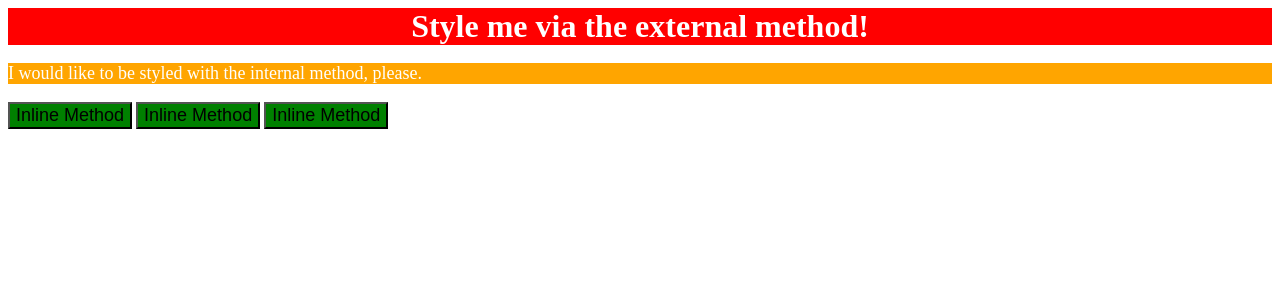
Repository: Spencertainty/practice-time
Page: css-exercises/foundations/01-css-methods/solution/solution.html
These files come from the project's save history. The page is drawn as it stood at one moment and after the next save; the edit follows.
The browser window is 1280 px wide. The pictures show the whole page.

Above is the page before, as saved 2023-12-01 22:26:12.

After the next save:
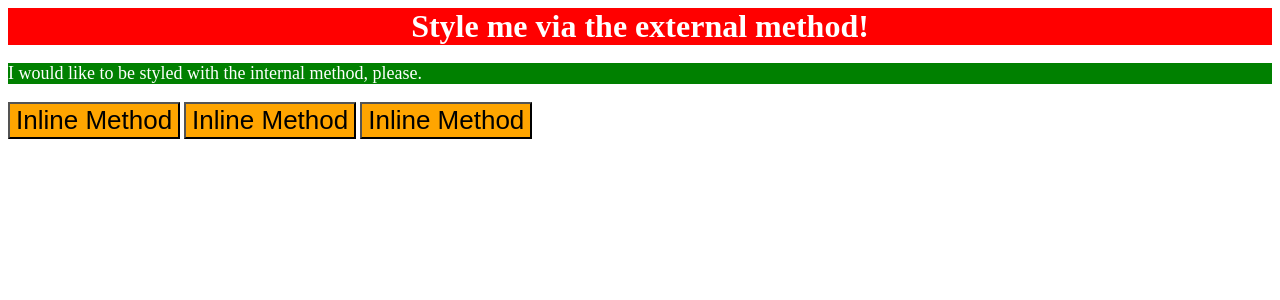
Saved 24 s later.
--- a/css-exercises/foundations/01-css-methods/solution/solution.html
+++ b/css-exercises/foundations/01-css-methods/solution/solution.html
@@ -9,12 +9,12 @@
 
     <style>
       p {
-        background-color: orange;
+        background-color: green;
         color: white;
         font-size: 18px;
       }
       button {
-        background-color: green; font-size: 18px;
+        background-color: orange; font-size: 26px;
       }
     </style>
   </head>
